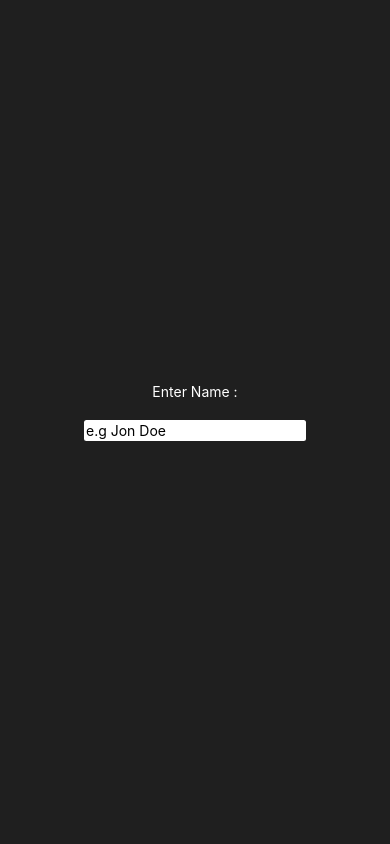
Repository: PrakharGupta36/TodoApp-React-Native
Screen: /
These files come from the project's save history. The screen is drawn as it stood at one moment and after the next save; the edit follows.
The app was drawn by React Native's web renderer in a window 390 px wide. The project was rebuilt for these pictures with package versions that can differ from the ones it lists, and the page was loaded fresh each time.

Above is the screen before, as saved 2022-03-16 01:12:28.

### App.js
import {
  StyleSheet,
  Text,
  View,
  StatusBar,
  Button,
  TextInput,
} from "react-native";
import { React, useState, useEffect } from "react";

export default function App() {
  const [name, setName] = useState("shaun");
  const [age, setAge] = useState(40);

  return (
    <View style={styles.container}>
      <Text style={styles.text}> Enter Name : </Text>
      <View style={styles.buttonContainer}>
        <TextInput
          style={styles.input}
          placeholder='e.g Jon Doe'
          onChangeText={(e) => {
            setName(e);
          }}
        />
      </View>
      <StatusBar style='auto' />
    </View>
  );
}

const styles = StyleSheet.create({
  container: {
    flex: 1,
    backgroundColor: "#fff",
    alignItems: "center",
    justifyContent: "center",
    backgroundColor: "#1f1f1f",
  },
  text: {
    color: "white",
  },
  buttonContainer: {
    margin: 20,
  },
  input: {
    backgroundColor: "white",
    borderRadius: 2.5,
    padding: 2,
    color: "black",
  },
});

After the next save:
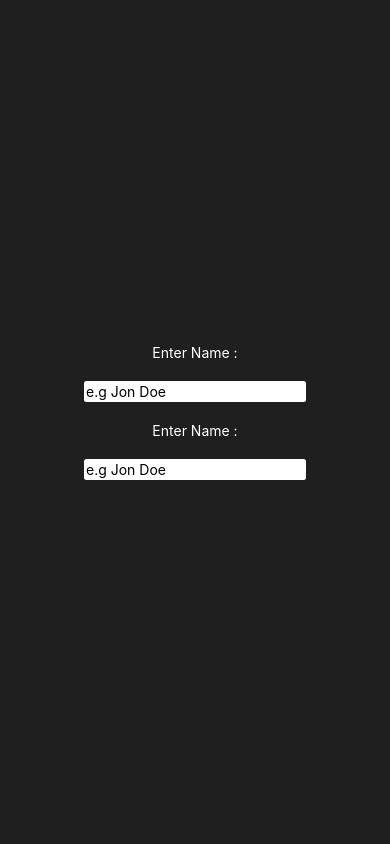
Saved 9 s later.
--- a/App.js
+++ b/App.js
@@ -14,6 +14,16 @@
 
   return (
     <View style={styles.container}>
+      <Text style={styles.text}> Enter Name : </Text>
+      <View style={styles.buttonContainer}>
+        <TextInput
+          style={styles.input}
+          placeholder='e.g Jon Doe'
+          onChangeText={(e) => {
+            setName(e);
+          }}
+        />
+      </View>
       <Text style={styles.text}> Enter Name : </Text>
       <View style={styles.buttonContainer}>
         <TextInput
